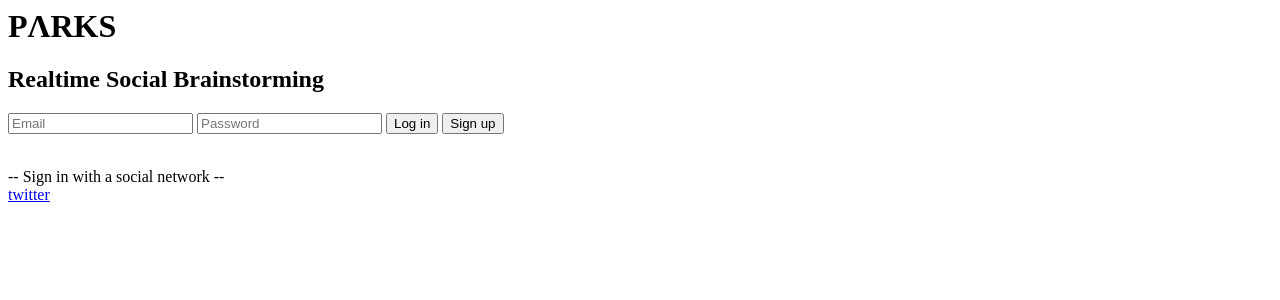
Repository: ndxbxrme/pvrks
Page: app/views/main.html
The author's editor kept a record of every edit. The page is drawn from the files as they stood at one moment, then again after the next edit.
The browser window is 1280 px wide. The pictures show the whole page.

Above is the page before.

### app/views/main.html
<div class="splash">
  <div ng-if="user.details" ng-include="'/views/dashboard.html'" ng-controller="DashboardCtrl"></div>
  <div class="overlay"></div>
  <div class="banner text-center" ng-hide="user.details">
    <h1>PΛRKS</h1>
    <h2>Realtime Social Brainstorming</h2>
    <div class="login">
      <form name="loginForm" novalidate ng-submit="login()">
        <input type="text" ng-model="email" placeholder="Email" class="email" />
        <input type="password" ng-model="password" placeholder="Password" class="password" />
        <input type="submit" value="Log in" class="btnLogin" />
        <input type="button" value="Sign up" ng-click="signup()" class="btnSignup" />
      </form>
    </div>
    <br style="clear: left" />
    <a>-- Sign in with a social network --</a>
    <div class="social">
      <a href="/api/twitter" target="_self" class="z ocial-twitter">twitter</a><a class="z ocial-facebook"></a><a class="z ocial-googleplus"></a><a class="z ocial-github"></a>
    </div>
  </div>
</div>

After the next edit:
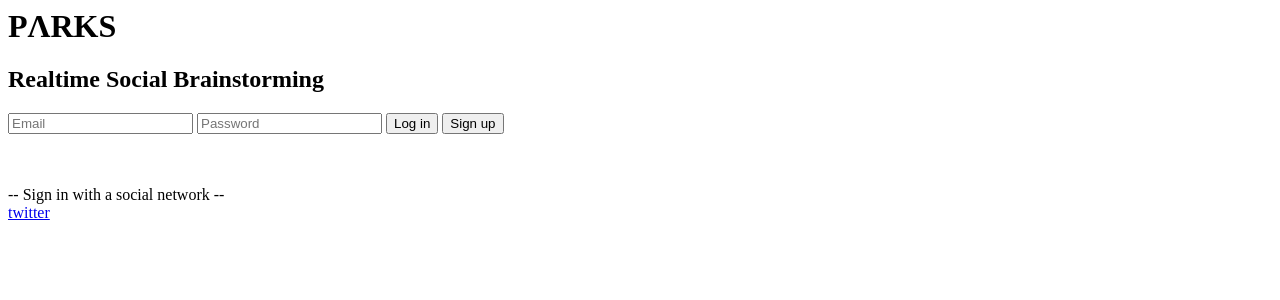
The edit:
--- a/app/views/main.html
+++ b/app/views/main.html
@@ -12,7 +12,7 @@
         <input type="button" value="Sign up" ng-click="signup()" class="btnSignup" />
       </form>
     </div>
-    <br style="clear: left" />
+    <br style="clear: left" /><br />
     <a>-- Sign in with a social network --</a>
     <div class="social">
       <a href="/api/twitter" target="_self" class="z ocial-twitter">twitter</a><a class="z ocial-facebook"></a><a class="z ocial-googleplus"></a><a class="z ocial-github"></a>
